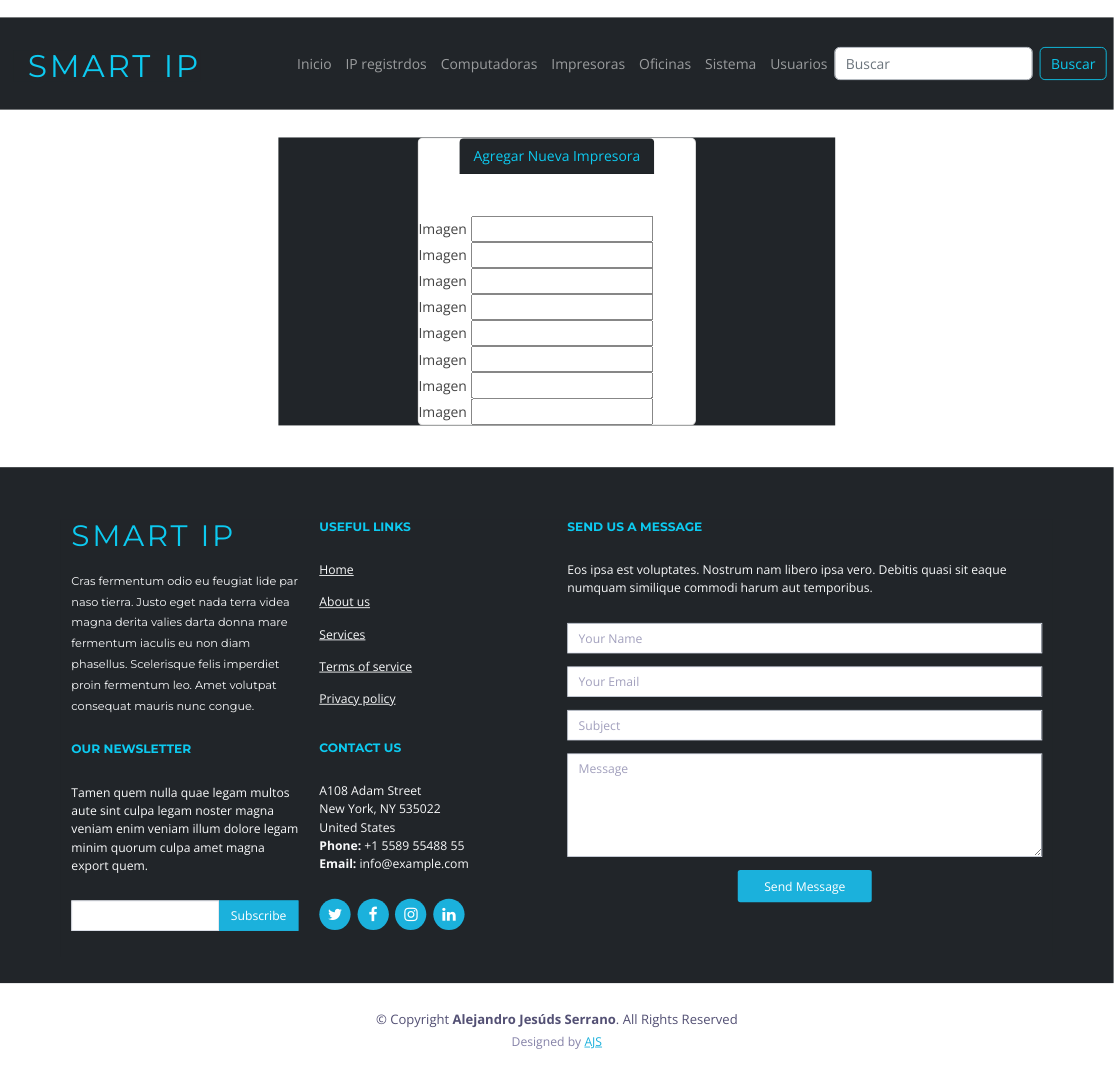
Repository: AlejandroJesusSerrano/SmartIPs
Page: smartip/smartipnav/templates/smartipnav/printer_form.html
An editor plug-in stored every save of this project. The page is shown before and after the next save, followed by the edit.
The browser window is 1280 px wide. The pictures show the whole page, at 87% of full size.
The page is served by the project's application, run on Django 4.2 (smartip/manage.py). Other server files are loaded and not shown. The template is opened directly, without the code that normally fills it, so the values that code supplies are empty.

Above is the page before, as saved 2022-11-14 08:57:15.

### smartip/smartipnav/templates/smartipnav/printer_form.html
{% extends 'smartipnav/base.html' %}

{% block content %}
<section>
    <div class="container col-lg-6 bg-dark">
        <div class="card mx-auto mt-5" style="width: 20rem;">
            <div class="card-header bg-dark text-info mx-auto">
              Agregar Nueva Impresora
            </div>
            <form id=printer_add_form action="" method="post" class="mt-5">
                <label for="">Imagen</label>
                <input type="url" name="printer_image" id="printer_image">

                <label for="">Imagen</label>
                <input type="url" name="printer_image" id="printer_image">

                <label for="">Imagen</label>
                <input type="url" name="printer_image" id="printer_image">

                <label for="">Imagen</label>
                <input type="url" name="printer_image" id="printer_image">

                <label for="">Imagen</label>
                <input type="url" name="printer_image" id="printer_image">

                <label for="">Imagen</label>
                <input type="url" name="printer_image" id="printer_image">

                <label for="">Imagen</label>
                <input type="url" name="printer_image" id="printer_image">

                <label for="">Imagen</label>
                <input type="url" name="printer_image" id="printer_image">
            </form>
        </div>
    </div>
</section>
<!-- <section id="intro" class="clearfix">
    <div class="container d-flex h-100">
        <div class="row justify-content-center align-self-center">
            <div class="col-md-6 intro-info order-md-first order-last">
                <form action="" method="post">
                    {% csrf_token %}
                    <div class="container mx-auto w-100">
                        <div class="form-group bg-dark mx-auto w-80">
                            <label class="form-control-label text-light" for="printer_image">Url Imágen: </label>
                            <input class="form-control" type="url" name="printer_image" id="printer_add"></p>

                            <label class="form-control-label text-light" for="printer_brand">Marca: </label>
                            <input class="form-control" type="text" name="printer_brand" id="printer_brand"></p>

                            <label class="form-control-label text-light" for="printer_model">Modelo: </label>
                            <input class="form-control" type="text" name="printer_model" id="printer_model"></p>

                            <label class="form-control-label text-light" for="printer_rebuilded">Reacondicionada: </label>
                            <input class="form-control" type="checkbox" name="printer_rebuilded" id="printer_rebuilded"></p>

                            <label class="form-control-label text-light" for="printer_ip">Ip asignado: </label>
                            <input class="form-control" type="text" name="printer_ip" id="printer_ip"></p>

                            <label class="form-control-label text-light" for="printer_office">Oficina: </label>
                            <input class="form-control" type="text" namr="printer_office" id="printer_office"></p>

                            <button type="submit" class="btn btn-info mx-auto">Submit</button>
                        </div>
                    </div>
                </form>
            </div>
        </div>
    </div>
</section> -->
{% endblock %}

### smartip/smartipnav/templates/smartipnav/base.html
<!DOCTYPE html>
<html lang="en">
<head>

  {% load static %}
  <meta charset="utf-8">
  <title>Smart IP</title>
  <meta content="width=device-width, initial-scale=1.0" name="viewport">
  <meta content="" name="keywords">
  <meta content="" name="description">

  <!-- Favicons -->
  <link href="{% static 'smartipnav/img/favicon.png' %}" rel="icon">
  <link href="{% static 'smartipnav/img/apple-touch-icon.png' %}" rel="apple-touch-icon">

  <!-- Google Fonts -->
  <link href="https://fonts.googleapis.com/css?family=Open+Sans:300,300i,400,400i,500,600,700,700i|Montserrat:300,400,500,600,700" rel="stylesheet">

  <!-- Bootstrap CSS File -->
  <link href="https://cdn.jsdelivr.net/npm/bootstrap@5.2.2/dist/css/bootstrap.min.css" rel="stylesheet" integrity="sha384-Zenh87qX5JnK2Jl0vWa8Ck2rdkQ2Bzep5IDxbcnCeuOxjzrPF/et3URy9Bv1WTRi" crossorigin="anonymous">

  <!-- Libraries CSS Files -->
  <link href="{% static 'smartipnav/lib/font-awesome/css/font-awesome.min.css' %}" rel="stylesheet">
  <link href="{% static 'smartipnav/lib/animate/animate.min.css' %}" rel="stylesheet">
  <link href="{% static 'smartipnav/lib/ionicons/css/ionicons.min.css' %}" rel="stylesheet">
  <link href="{% static 'smartipnav/lib/owlcarousel/assets/owl.carousel.min.css' %}" rel="stylesheet">
  <link href="{% static 'smartipnav/lib/lightbox/css/lightbox.min.css' %}" rel="stylesheet">

  <!-- Main Stylesheet File -->
  <link href="{% static 'smartipnav/css/style.css' %}" rel="stylesheet">

  <!-- =======================================================
    Theme Name: Rapid
    Theme URL: https://bootstrapmade.com/rapid-multipurpose-bootstrap-business-template/
    Author: BootstrapMade.com
    License: https://bootstrapmade.com/license/
  ======================================================= -->
</head>

<body>
  <!--==========================
  Header
  ============================-->
  <header id="header">
    <nav class="navbar navbar-expand-lg navbar-dark bg-dark mb-5">
      <a class="navbar-brand" href="index">
        <div class="logo mb-4">
          <!-- Uncomment below if you prefer to use an image logo -->
          <h1 class="text-bg-dark mx-auto "><a href="index"><span class= "text-info">Smart IP</span></a></h1>
          <!-- <a href="#header" class="scrollto"><img src="img/logo.png" alt="" class="img-fluid"></a> -->
        </div>
      </a>
      <button class="navbar-toggler" type="button" data-bs-toggle="collapse" data-bs-target="#navbarSupportedContent" aria-controls="navbarSupportedContent" aria-expanded="false" aria-label="Toggle navigation">
        <span class="navbar-toggler-icon"></span>
      </button>
      <div class="collapse navbar-collapse" id="navbarSupportedContent">
        <ul class="navbar-nav ms-auto mb-2 mb-lg-0">
          <li class="nav-item">
            <a class="nav-link {% block indexactive %} {% endblock %}" aria-current="page" href="{% url 'Inicio' %}">Inicio</a>
          </li>
          <li class="nav-item">
            <a class="nav-link {% block ipactive %} {% endblock %}" aria-current="page" href=" {% url 'Ip' %}">IP registrdos</a>
          </li>
          <li class="nav-item">
            <a class="nav-link {% block computeractive %} {% endblock %}" aria-current="page" href="{% url 'Computers' %}">Computadoras</a>
          </li>
          <li class="nav-item">
            <a class="nav-link {% block printersactive %} {% endblock %}" aria-current="page" href="{% url 'Printers' %}">Impresoras</a>
          </li>
          <li class="nav-item">
            <a class="nav-link {% block officesactive %} {% endblock %}" aria-current="page" href="{% url 'Offices' %}">Oficinas</a>
          </li>
          <li class="nav-item">
            <a class="nav-link {% block usersactive %} {% endblock %}" aria-current="page" href="{% url 'Users' %}">Sistema</a>
          </li>
          <li class="nav-item">
            <a class="nav-link {% block userspcactive %} {% endblock %}" aria-current="page" href="{% url 'UsersPc' %}">Usuarios</a>
          </li>

          <!-- <li class="nav-item dropdown">
            <a class="nav-link dropdown-toggle" href="#" id="navbarDropdown" role="button" data-bs-toggle="dropdown" aria-expanded="false">
              Dropdown
            </a>
            <ul class="dropdown-menu" aria-labelledby="navbarDropdown">
              <li><a class="dropdown-item" href="#">Acción</a></li>
              <li><a class="dropdown-item" href="#">Otra acción</a></li>
              <li><hr class="dropdown-divider"></li>
              <li><a class="dropdown-item" href="#">Algo más aquí</a></li>
            </ul>
          </li>
          <li class="nav-item">
            <a class="nav-link disabled">Deshabilitado</a>
          </li> -->
        </ul>
        <form class="d-flex" role="search">
          <input class="form-control me-2" type="search" placeholder="Buscar" aria-label="Buscar">
          <button class="btn btn-outline-info me-2" type="submit">Buscar</button>
        </form>
      </div>
    </nav>
  </header><!-- #header -->



    {% block content %}

    {% endblock %}



  <!--==========================
    Footer
  ============================-->
  <footer id="footer" class="section-bg">
    <div class="mt-5 footer-top bg-dark">
      <div class="container bg-dark">

        <div class="row">

          <div class="col-lg-6">

            <div class="row">

                <div class="col-sm-6">

                  <div class="footer-info">
                    <h3 class="text-info">Smart Ip</h3>
                    <p class="text-light">Cras fermentum odio eu feugiat lide par naso tierra. Justo eget nada terra videa magna derita valies darta donna mare fermentum iaculis eu non diam phasellus. Scelerisque felis imperdiet proin fermentum leo. Amet volutpat consequat mauris nunc congue.</p>
                  </div>

                  <div class="footer-newsletter">
                    <h4 class="text-info">Our Newsletter</h4>
                    <p class="text-light">Tamen quem nulla quae legam multos aute sint culpa legam noster magna veniam enim veniam illum dolore legam minim quorum culpa amet magna export quem.</p>
                    <form action="" method="post">
                      <input type="email" name="email"><input type="submit"  value="Subscribe">
                    </form>
                  </div>

                </div>

                <div class="col-sm-6">
                  <div class="footer-links">
                    <h4 class="text-info">Useful Links</h4>
                    <ul>
                      <li><a class="text-light" href="#">Home</a></li>
                      <li><a class="text-light" href="#">About us</a></li>
                      <li><a class="text-light" href="#">Services</a></li>
                      <li><a class="text-light" href="#">Terms of service</a></li>
                      <li><a class="text-light" href="#">Privacy policy</a></li>
                    </ul>
                  </div>

                  <div class="footer-links">
                    <h4 class="text-info">Contact Us</h4>
                    <p class="text-light">
                      A108 Adam Street <br>
                      New York, NY 535022<br>
                      United States <br>
                      <strong>Phone:</strong> +1 5589 55488 55<br>
                      <strong>Email:</strong> info@example.com<br>
                    </p>
                  </div>

                  <div class="social-links">
                    <a href="#" class="twitter"><i class="fa fa-twitter"></i></a>
                    <a href="#" class="facebook"><i class="fa fa-facebook"></i></a>
                    <a href="#" class="instagram"><i class="fa fa-instagram"></i></a>
                    <a href="#" class="linkedin"><i class="fa fa-linkedin"></i></a>
                  </div>

                </div>

            </div>

          </div>

          <div class="col-lg-6">

            <div class="form">

              <h4 class="text-info">Send us a message</h4>
              <p class= "text-light">Eos ipsa est voluptates. Nostrum nam libero ipsa vero. Debitis quasi sit eaque numquam similique commodi harum aut temporibus.</p>
              <form action="" method="post" role="form" class="contactForm">
                <div class="form-group">
                  <input type="text" name="name" class="form-control" id="name" placeholder="Your Name" data-rule="minlen:4" data-msg="Please enter at least 4 chars" />
                  <div class="validation"></div>
                </div>
                <div class="form-group">
                  <input type="email" class="form-control" name="email" id="email" placeholder="Your Email" data-rule="email" data-msg="Please enter a valid email" />
                  <div class="validation"></div>
                </div>
                <div class="form-group">
                  <input type="text" class="form-control" name="subject" id="subject" placeholder="Subject" data-rule="minlen:4" data-msg="Please enter at least 8 chars of subject" />
                  <div class="validation"></div>
                </div>
                <div class="form-group">
                  <textarea class="form-control" name="message" rows="5" data-rule="required" data-msg="Please write something for us" placeholder="Message"></textarea>
                  <div class="validation"></div>
                </div>

                <div id="sendmessage">Your message has been sent. Thank you!</div>
                <div id="errormessage"></div>

                <div class="text-center"><button type="submit" title="Send Message">Send Message</button></div>
              </form>
            </div>

          </div>



        </div>

      </div>
    </div>

    <div class="container">
      <div class="copyright">
        &copy; Copyright <strong>Alejandro Jesúds Serrano</strong>. All Rights Reserved
      </div>
      <div class="credits">
        <!--
          All the links in the footer should remain intact.
          You can delete the links only if you purchased the pro version.
          Licensing information: https://bootstrapmade.com/license/
          Purchase the pro version with working PHP/AJAX contact form: https://bootstrapmade.com/buy/?theme=Rapid
        -->
        Designed by <a href="https://AJS.com/">AJS</a>
      </div>
    </div>
  </footer><!-- #footer -->

  <a href="#" class="back-to-top"><i class="fa fa-chevron-up"></i></a>
  <!-- Uncomment below i you want to use a preloader -->
  <!-- <div id="preloader"></div> -->

  <!-- JavaScript Libraries -->
  <script src="{% static 'smartipnav/lib/jquery/jquery.min.js' %}"></script>
  <script src="{% static 'smartipnav/lib/jquery/jquery-migrate.min.js' %}"></script>
  <script src="https://cdn.jsdelivr.net/npm/bootstrap@5.2.2/dist/js/bootstrap.bundle.min.js" integrity="sha384-OERcA2EqjJCMA+/3y+gxIOqMEjwtxJY7qPCqsdltbNJuaOe923+mo//f6V8Qbsw3" crossorigin="anonymous"></script>
  <script src="{% static 'smartipnav/lib/easing/easing.min.js' %}"></script>
  <script src="{% static 'smartipnav/lib/mobile-nav/mobile-nav.js' %}"></script>
  <script src="{% static 'smartipnav/lib/wow/wow.min.js' %}"></script>
  <script src="{% static 'smartipnav/lib/waypoints/waypoints.min.js' %}"></script>
  <script src="{% static 'smartipnav/lib/counterup/counterup.min.js' %}"></script>
  <script src="{% static 'smartipnav/lib/owlcarousel/owl.carousel.min.js' %}"></script>
  <script src="{% static 'smartipnav/lib/isotope/isotope.pkgd.min.js' %}"></script>
  <script src="{% static 'smartipnav/lib/lightbox/js/lightbox.min.js' %}"></script>
  <!-- Contact Form JavaScript File -->
  <script src="{% static 'smartipnav/contactform/contactform.js' %}"></script>

  <!-- Template Main Javascript File -->
  <script src="{% static 'smartipnav/js/main.js' %}"></script>

</body>
</html>

### smartip/smartip/urls.py
"""smartip URL Configuration

The `urlpatterns` list routes URLs to views. For more information please see:
    https://docs.djangoproject.com/en/4.1/topics/http/urls/
Examples:
Function views
    1. Add an import:  from my_app import views
    2. Add a URL to urlpatterns:  path('', views.home, name='home')
Class-based views
    1. Add an import:  from other_app.views import Home
    2. Add a URL to urlpatterns:  path('', Home.as_view(), name='home')
Including another URLconf
    1. Import the include() function: from django.urls import include, path
    2. Add a URL to urlpatterns:  path('blog/', include('blog.urls'))
"""
from django.contrib import admin
from django.urls import path

urlpatterns = [
    path('admin/', admin.site.urls),
]

Loaded but not shown: smartip/smartipnav/static/smartipnav/lib/font-awesome/css/font-awesome.min.css (library); smartip/smartipnav/static/smartipnav/lib/animate/animate.min.css (library); smartip/smartipnav/static/smartipnav/lib/ionicons/css/ionicons.min.css (library); smartip/smartipnav/static/smartipnav/lib/owlcarousel/assets/owl.carousel.min.css (library); smartip/smartipnav/static/smartipnav/lib/lightbox/css/lightbox.min.css (common file); smartip/smartipnav/static/smartipnav/lib/jquery/jquery.min.js (library); smartip/smartipnav/static/smartipnav/lib/jquery/jquery-migrate.min.js (library); smartip/smartipnav/static/smartipnav/lib/easing/easing.min.js (common file); smartip/smartipnav/static/smartipnav/lib/mobile-nav/mobile-nav.js (common file); smartip/smartipnav/static/smartipnav/lib/wow/wow.min.js (library); smartip/smartipnav/static/smartipnav/lib/waypoints/waypoints.min.js (library); smartip/smartipnav/static/smartipnav/lib/counterup/counterup.min.js (common file); smartip/smartipnav/static/smartipnav/lib/owlcarousel/owl.carousel.min.js (library); smartip/smartipnav/static/smartipnav/lib/isotope/isotope.pkgd.min.js (library); smartip/smartipnav/static/smartipnav/lib/lightbox/js/lightbox.min.js (library); smartip/smartipnav/static/smartipnav/js/main.js (131 lines, source omitted); smartip/smartipnav/static/smartipnav/contactform/contactform.js (118 lines, source omitted); smartip/smartipnav/static/smartipnav/css/style.css (1573 lines, source omitted)

After the next save:
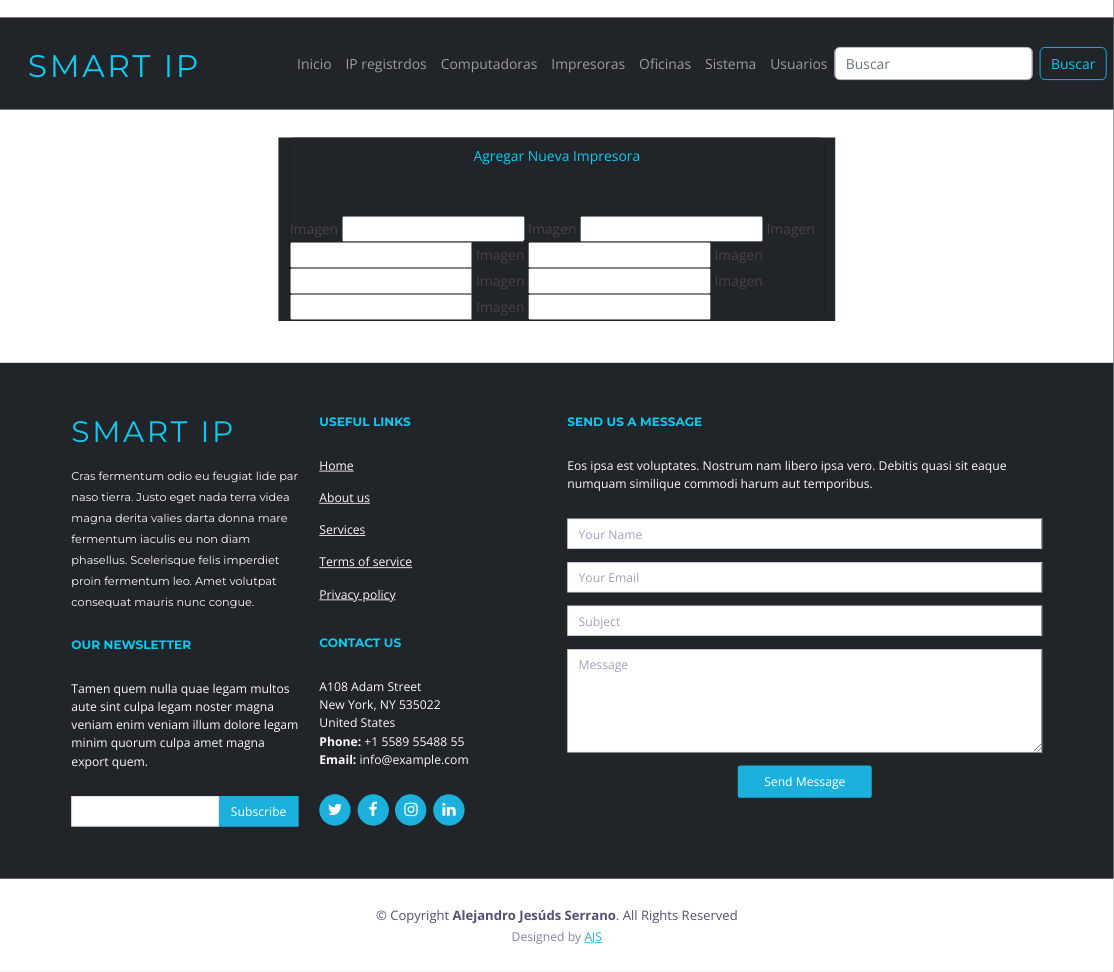
Saved 15 s later.
--- a/smartip/smartipnav/templates/smartipnav/printer_form.html
+++ b/smartip/smartipnav/templates/smartipnav/printer_form.html
@@ -3,7 +3,7 @@
 {% block content %}
 <section>
     <div class="container col-lg-6 bg-dark">
-        <div class="card mx-auto mt-5" style="width: 20rem;">
+        <div class="card mx-auto mt-5 bg-dark style="width: 20rem;">
             <div class="card-header bg-dark text-info mx-auto">
               Agregar Nueva Impresora
             </div>
